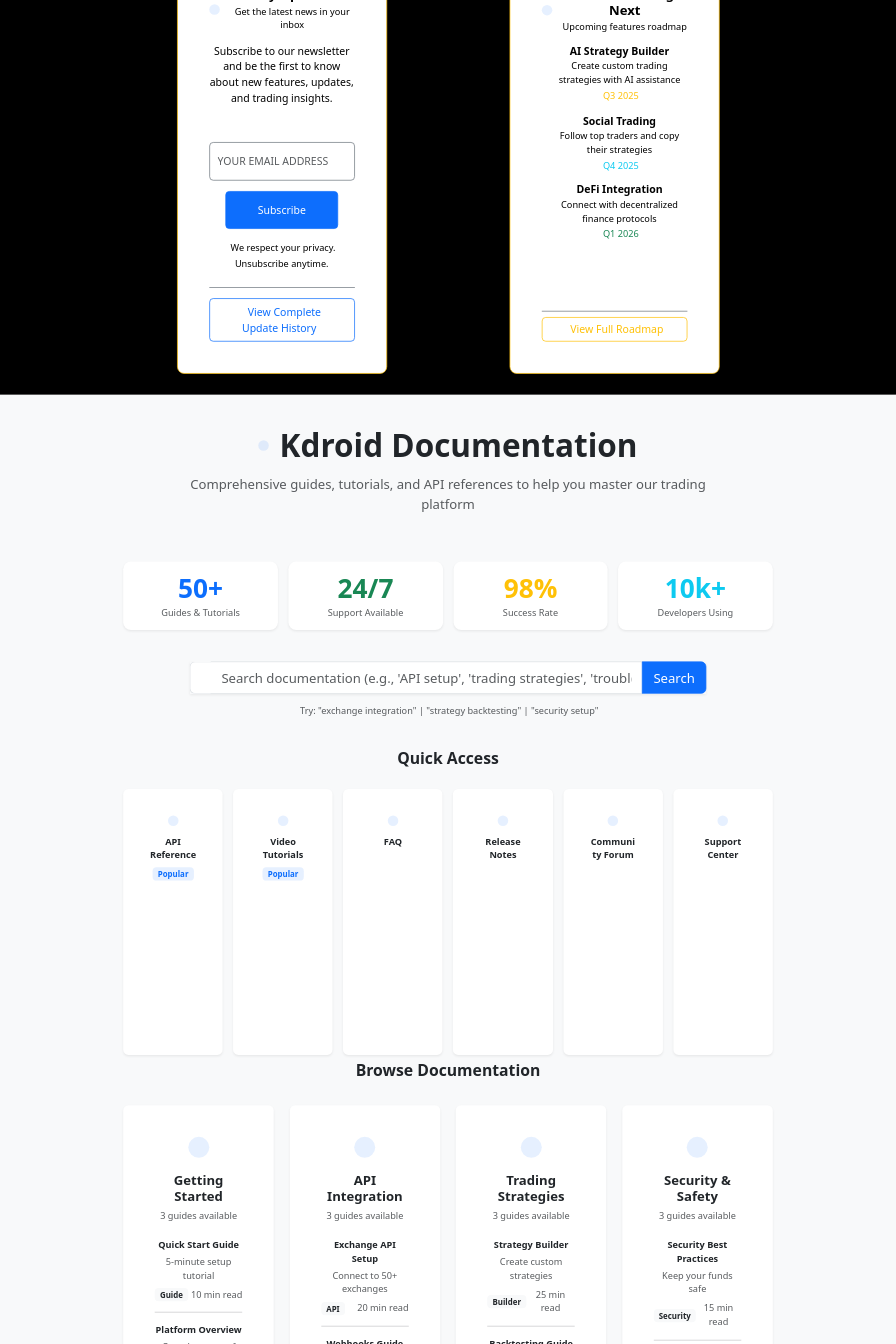
Repository: Kevin-Pro-Codes/halo-trading
Page: /
The author's editor kept a copy of each file at every save. The page is drawn from the files as they stood at one save, then again after the next save.
The browser window is 1280 px wide. The pictures show the part of the page from y = 4580 to 6500 px (the page is 19399 px tall before and 19422 px after), at 70% of full size.
The page's requests for data from a server got no answer. The project was rebuilt for these pictures with package versions that can differ from the ones it lists, and the page was loaded fresh each time. Some packages were replaced by stand-ins written for this rebuild. No one was signed in, and anything a server would have sent is missing. Also part of the build but not shown: vite.config.js, src/styles/DocStyle.css, src/styles/PricingStyle.css.

Above is the page before, as saved 2025-12-09 22:53:15.

After the next save:
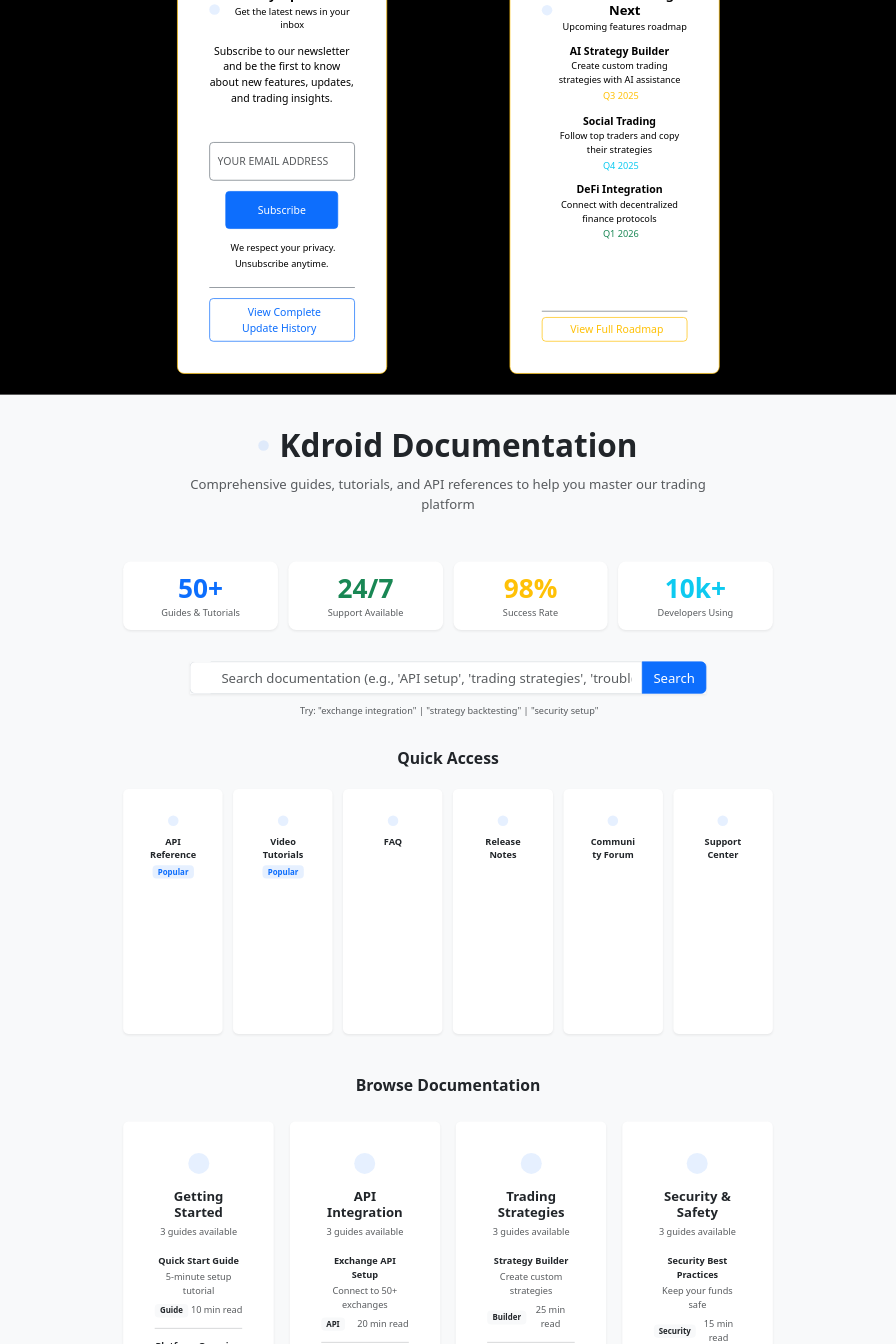
Saved 7 s later.
--- a/src/components/DocSection.jsx
+++ b/src/components/DocSection.jsx
@@ -159,31 +159,31 @@
           </div>
         </div>
 
-    {/* Quick Links - Fixed Spacing */}
-<div className="row justify-content-center mb-4"> {/* Reduced from mb-5 to mb-4 */}
-  <div className="col-lg-10">
-    <h4 className="fw-bold text-center mb-3">Quick Access</h4> {/* Added mb-3 */}
-    <div className="row g-3">
-      {quickLinks.map((link, index) => (
-        <div key={index} className="col-6 col-md-4 col-lg-2">
-          <a href={link.link} className="text-decoration-none">
-            <div className={`card border-0 shadow-sm h-100 transition ${link.popular ? 'border-primary border-2' : ''}`}>
-              <div className="card-body text-center p-3"> {/* Added p-3 for consistent padding */}
-                <div className={`bg-${link.popular ? 'primary' : 'light'} bg-opacity-10 p-2 rounded-circle d-inline-block mb-2`}>
-                  <i className={`bi ${link.icon} text-${link.popular ? 'primary' : 'dark'} fs-5`}></i>
-                </div>
-                <div className="fw-bold small mb-1">{link.title}</div> {/* Added mb-1 */}
-                {link.popular && (
-                  <span className="badge bg-primary bg-opacity-10 text-primary small">Popular</span>
-                )}
-              </div>
-            </div>
-          </a>
-        </div>
-      ))}
-    </div>
-  </div>
-</div>
+        {/* Quick Links */}
+        <div className="row justify-content-center mb-5">
+          <div className="col-lg-10">
+            <h4 className="fw-bold text-center">Quick Access</h4>
+            <div className="row g-3">
+              {quickLinks.map((link, index) => (
+                <div key={index} className="col-6 col-md-4 col-lg-2">
+                  <a href={link.link} className="text-decoration-none">
+                    <div className={`card border-0 shadow-sm transition ${link.popular ? 'border-primary border-2' : ''}`}>
+                      <div className="card-body text-center">
+                        <div className={`bg-${link.popular ? 'primary' : 'light'} bg-opacity-10 p-2 rounded-circle d-inline-block mb-2`}>
+                          <i className={`bi ${link.icon} text-${link.popular ? 'primary' : 'dark'} fs-5`}></i>
+                        </div>
+                        <div className="fw-bold small">{link.title}</div>
+                        {link.popular && (
+                          <span className="badge bg-primary bg-opacity-10 text-primary small mt-1">Popular</span>
+                        )}
+                      </div>
+                    </div>
+                  </a>
+                </div>
+              ))}
+            </div>
+          </div>
+        </div>
 
         {/* Documentation Categories - FIXED to show 4 categories properly */}
         <div className="row justify-content-center mb-5">
